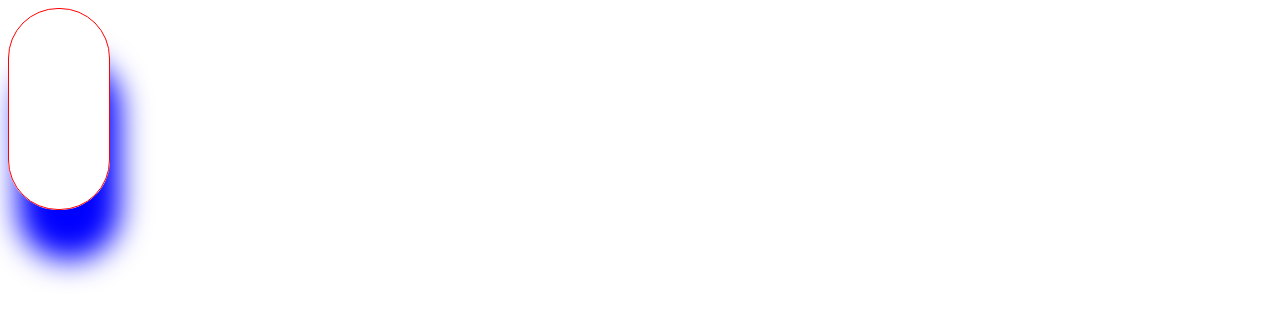
Repository: XiaoSheng-hub/vue_study
Page: css基础/Demo09.html
The author's editor kept a copy of each file at every save. The page is drawn from the files as they stood at one save, then again after the next save.
The browser window is 1280 px wide. The pictures show the whole page.

Above is the page before, as saved 2022-03-29 13:36:01.

### css基础/Demo09.html
<!DOCTYPE html>
<html lang="en">
<head>
    <meta charset="UTF-8">
    <meta http-equiv="X-UA-Compatible" content="IE=edge">
    <meta name="viewport" content="width=device-width, initial-scale=1.0">
    <title>Demo09</title>
    <style>
        .box{
            width: 100px;
            height: 200px;
            border: 1px solid red;
            border-radius: 50px;
            box-shadow: 10px 50px 30px blue;
        }
    </style>
</head>
<body>
    <div class="box"></div>
</body>
</html>

After the next save:
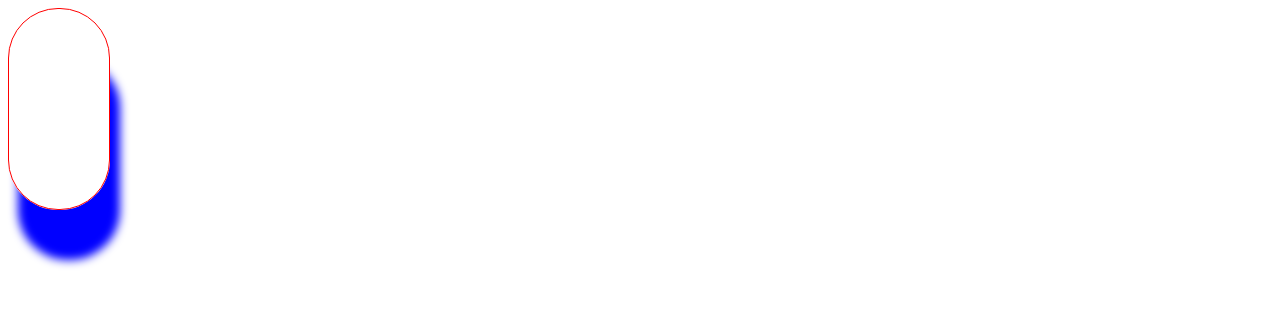
Saved 59 s later.
--- a/css基础/Demo09.html
+++ b/css基础/Demo09.html
@@ -11,7 +11,7 @@
             height: 200px;
             border: 1px solid red;
             border-radius: 50px;
-            box-shadow: 10px 50px 30px blue;
+            box-shadow: 10px 50px 10px blue;
         }
     </style>
 </head>
